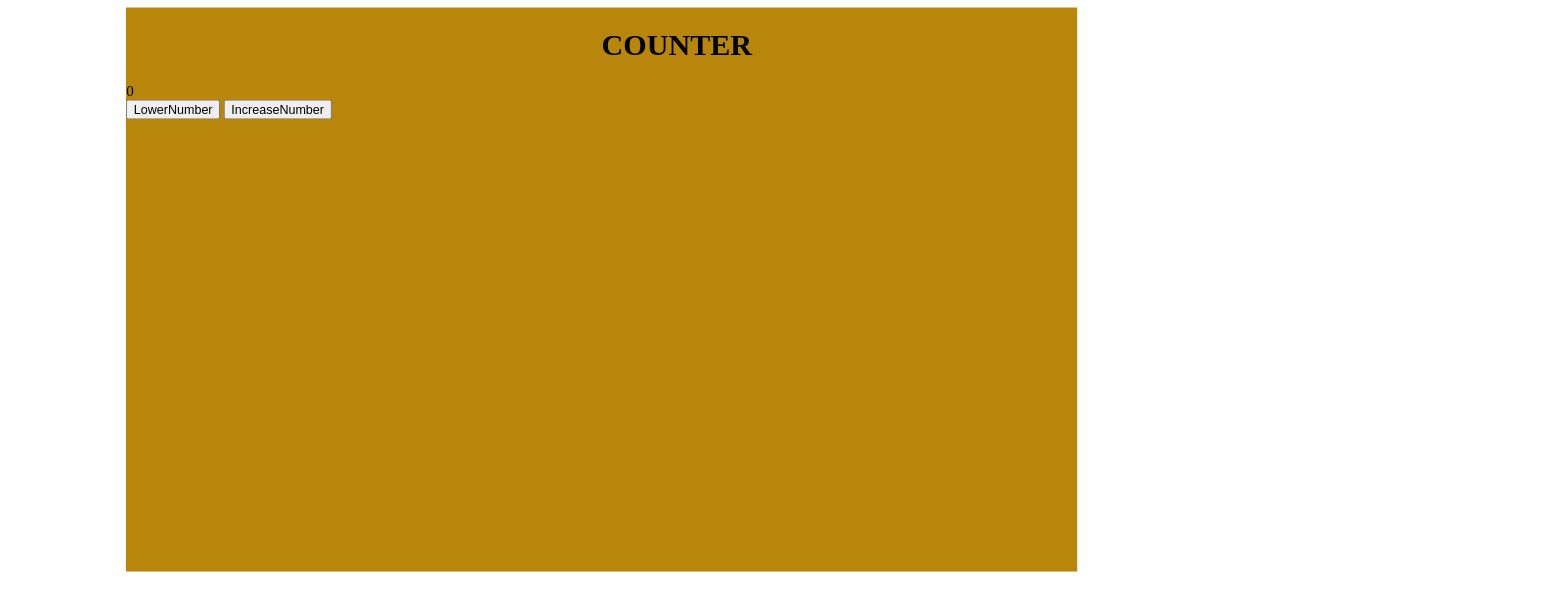
Repository: Sgalstyan06/counterNum
Page: index.html
The author's editor kept a copy of each file at every save. The page is drawn from the files as they stood at one save, then again after a run of saves.
The browser window is 1280 px wide. The page is 1651 px wide, then 1449 px, so the pictures cover 1651 px, including what lies to the right of the window. The pictures show the whole page, at 94% of full size.

Above is the page before, as saved 2022-02-14 16:49:11.

After the next 2 saves:
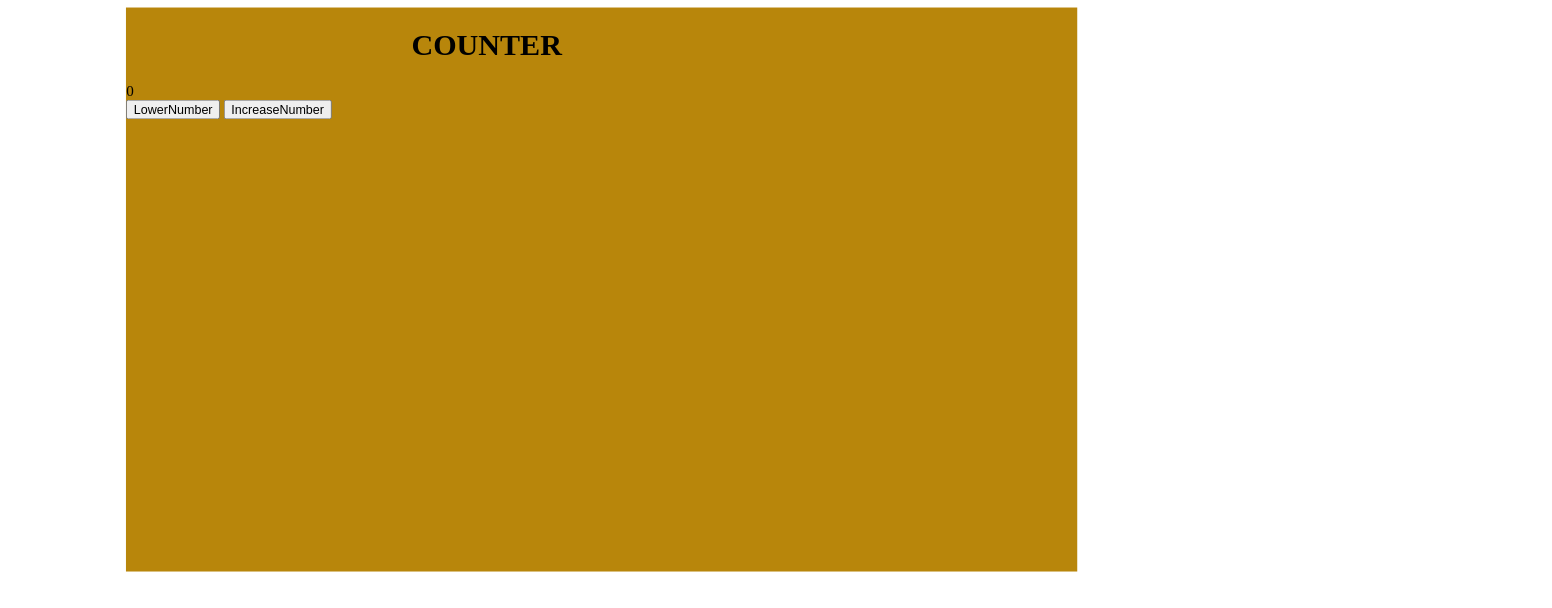
The 2 saves are shown as one change because they came seconds apart.
The last was saved 11 s later.
--- a/style.css
+++ b/style.css
@@ -8,5 +8,5 @@
 }
 h1{
     width: 100%;
-   padding-left: 50%;
+   padding-left: 30%;
 }
